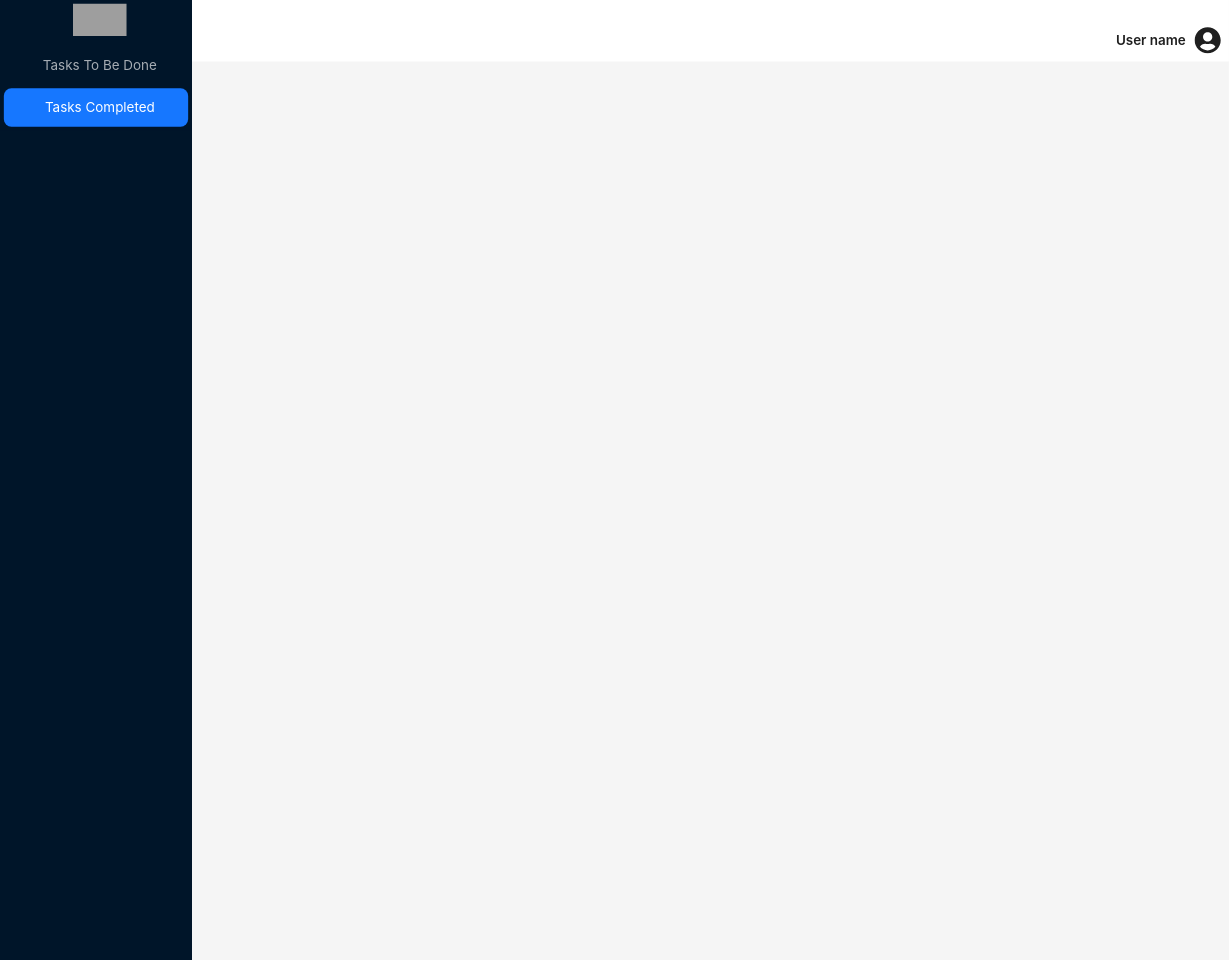
Repository: runner855/todolist_new
Page: /
These files come from the project's save history. The page is drawn as it stood at one moment and after the next save; the edit follows.
The browser window is 1280 px wide. The pictures show the whole page, at 96% of full size.
Pictures or frames that could not be fetched are drawn as grey boxes. The project was rebuilt for these pictures with package versions that can differ from the ones it lists, and the page was loaded fresh each time.

Above is the page before, as saved 2023-03-19 17:43:13.

### src/index.tsx
import React from "react";
import ReactDOM from "react-dom/client";
import "./index.css";
import { App } from "./App";
import { BrowserRouter } from "react-router-dom";

const root = ReactDOM.createRoot(
  document.getElementById("root") as HTMLElement
);
root.render(
  <React.StrictMode>
    <BrowserRouter>
    <App />
    </BrowserRouter>
  </React.StrictMode>
);

### src/App.tsx
import React from 'react';
import './App.css';
import { NavBar } from './components/NavBar/NavBar';

export const App = () =>{
  return (
    <div className="App">
      <NavBar/>

    </div>
  );
}

### src/components/NavBar/NavBar.tsx
import React from 'react';

import { Layout, Menu, theme } from 'antd';
import { FaUserCircle } from 'react-icons/fa';
import { PagesArray } from '../../Utilities/Utility'
import "../NavBar/NavBar.css";

const { Header, Content, Footer, Sider } = Layout;

export const NavBar = () => {

  const {
    token: { colorBgContainer },
  } = theme.useToken();

  return (
      <Layout>
      <Sider
        breakpoint="lg"
        collapsedWidth="0"
        style={{height:1000}}
        onBreakpoint={(broken) => {
          console.log(broken);
        }}
        onCollapse={(collapsed, type) => {
          console.log(collapsed, type);
        }}
      >
        <div className="logo" />
        <Menu
          theme="dark"
          mode="inline"
          defaultSelectedKeys={['2']}
          items={PagesArray && PagesArray.map(
            (item, index) => ({
              key: index,

              label:  item.label ? item.label :
              <img  className="logo"src={item.image} alt="logo"/>
            }),
          )}


        />
      </Sider>
      <Layout>
        <Header style={{ padding: 0, background: colorBgContainer }}>
        <div className='avatar_container'>
          <ul className='user'>
            <li className='user_text'>User name</li>
            <li className='user_icon'><FaUserCircle/></li>

          </ul>
          </div>

        </Header>
      </Layout>
    </Layout>
   );
}

### src/Utilities/Utility.tsx
import { TASKS_TO_BE_DONE, TASKS_COMPLETED } from '../Constants/Dictionary';
import { AppUrls } from '../Types/appTypes';
import { LOGO } from '../Constants/Dictionary';
export const PagesArray = [
  {image:LOGO},
  {label: TASKS_TO_BE_DONE, to: AppUrls.TASKS_TO_BE_DONE},
  {label: TASKS_COMPLETED, to: AppUrls.TASKS_COMPLETED},

]

### src/components/NavBar/NavBar.css
#components-layout-demo-responsive .logo {
  height: 32px;
  margin: 16px;
  background: rgba(255, 255, 255, 0.2);
}

li {
  list-style-type: none;
}

.user {
  display: flex;
  flex-direction: row;
  justify-content: right;
}

.user_icon {
  font-size: 2em;
  margin-right: 0.1em;
  margin: 0em 0.3em 0em 0.3em;
}

.user_text {
  line-height: 4;
  font-weight: 600;
}

img {
  height: 3em;
}

### src/Constants/Dictionary.ts
export const TASKS_TO_BE_DONE = "Tasks To Be Done";
export const TASKS_COMPLETED = "Tasks Completed"
export const LOGO = "https://pbs.twimg.com/profile_images/964093705748729856/nzx2mHKW_400x400.jpg";

### src/Types/appTypes.tsx

export enum AppUrls {
  TASKS_TO_BE_DONE = `/tasks_to_be_done`,
  TASKS_COMPLETED = "/tasks_copleted",

}

export enum LanguageEnum {
  EN = "en",
}

Loaded but not shown: public/index.html (common file); src/index.css (common file); src/App.css (common file)

After the next save:
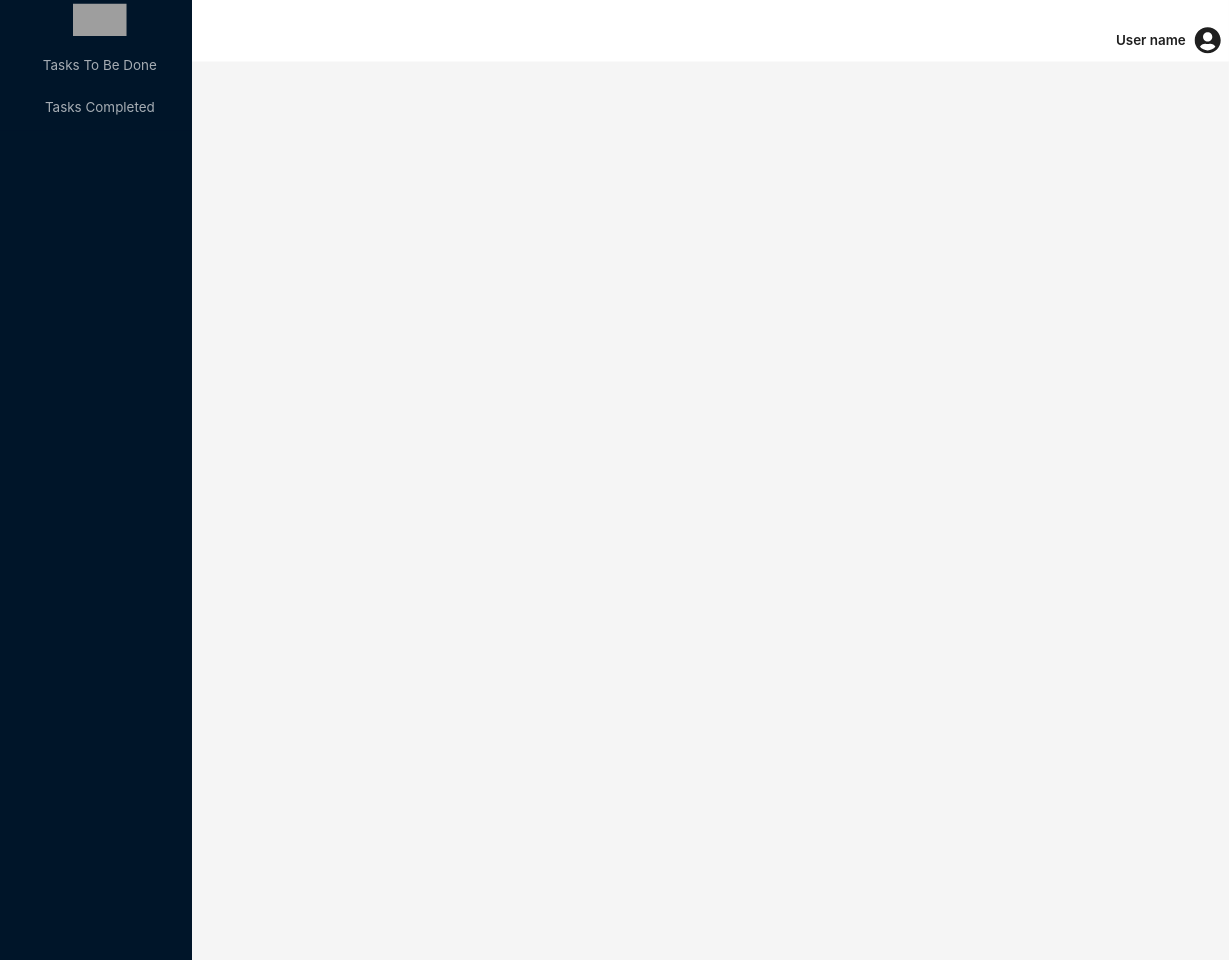
Saved 33 s later.
--- a/src/components/NavBar/NavBar.tsx
+++ b/src/components/NavBar/NavBar.tsx
@@ -30,7 +30,7 @@ export const NavBar = () => {
         <Menu
           theme="dark"
           mode="inline"
-          defaultSelectedKeys={['2']}
+          // defaultSelectedKeys={['2']}
           items={PagesArray && PagesArray.map(
             (item, index) => ({
               key: index,
